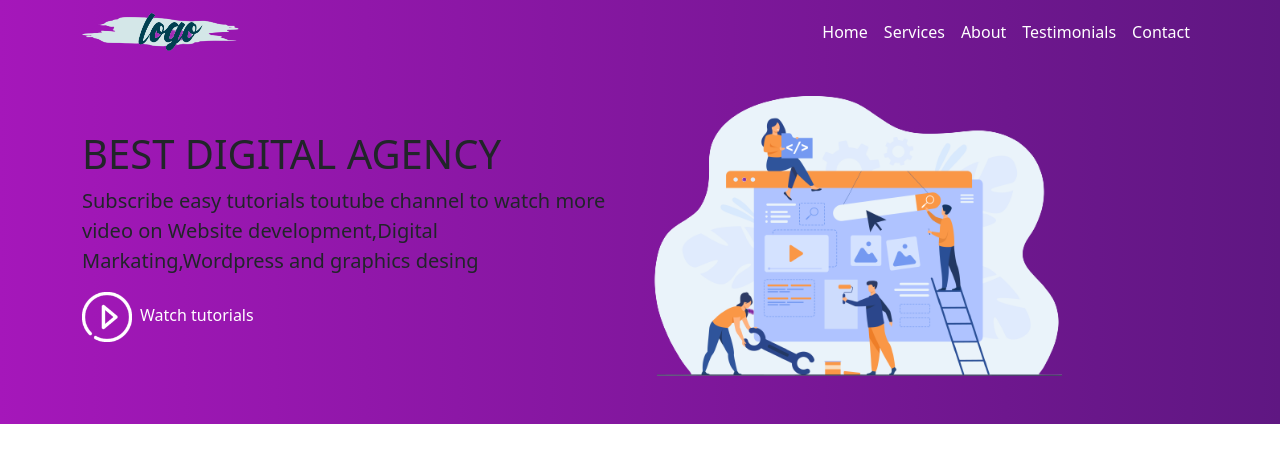
Repository: zjria/PSD-to-HTML-DIGITAL-AGENCY
Page: index.html
An editor plug-in stored every save of this project. The page is shown before and after the next save, followed by the edit.
The browser window is 1280 px wide. The pictures show the whole page.
Some web libraries are served in a nearby version.

Above is the page before, as saved 2022-05-09 09:59:14.

### index.html
<!doctype html>
<html lang="en">
  <head>
    <!-- Required meta tags -->
    <meta charset="utf-8">
    <meta name="viewport" content="width=device-width, initial-scale=1">
    <title>DIGITAL AGENCY</title>
    <!-- Bootstrap CSS -->
    <link href="https://cdn.jsdelivr.net/npm/bootstrap@5.0.2/dist/css/bootstrap.min.css" rel="stylesheet">
    <!-- Font awesome link-->
    <link rel="stylesheet" href="https://cdnjs.cloudflare.com/ajax/libs/font-awesome/6.1.1/css/all.min.css">
    <!-- custom CSS  -->
    <link rel="stylesheet" href="css/style.css">
  </head>
  <body>
    <!-- Navbar Section Start -->
    <section class="header">
        <nav class="navbar navbar-expand-md fixed-top">
            <div class="container">
                <a href="#" class="navbar-brand">
                    <img src="img/h_logo.png" alt="" class="menu-icon img-fluid w-50">
                </a>
                <button class="navbar-toggler" data-bs-target="#menunavbarlink" data-bs-toggle="collapse" type="button">
                    <span class="navbar-toggler-icon"></span>
                </button>
                <div class="collapse navbar-collapse " id="menunavbarlink">
                  <ul class="navbar-nav ms-auto ">
                    <li class="nav-item ">
                      <a href="#Home" class="nav-link text-white">Home</a>
                    </li>
                    <li class="nav-item">
                      <a href="#Services" class="nav-link text-white">Services</a>
                    </li>
                    <li class="nav-item">
                      <a href="#About" class="nav-link text-white">About</a>
                    </li>
                    <li class="nav-item">
                      <a href="#Testimonials" class="nav-link text-white" >Testimonials</a>
                    </li>
                    <li class="nav-item">
                      <a href="#Contact" class="nav-link text-white">Contact</a>
                    </li>
                  </ul>
                </div>
            </div>
        </nav>
    </section>
    <!-- Navbar Section END -->
    <!-- Navbar Section Start -->
    <div class="p-5 py-5 mt-5" id="baner">
      <div class="container">
        <div class="row align-items-center">
          <div class="col-md-6">
            <h1>BEST DIGITAL AGENCY</h1>
            <p class="lead">Subscribe easy tutorials toutube channel to watch more video on Website development,Digital Markating,Wordpress and graphics desing</p>
            <a href="#"><img src="img/play.png" class="img-fluid me-2 " alt=""><span>Watch tutorials</span></a>
          </div>
          <div class="col-md-6">
            <img src="img/heder_logo.png" class="img-fluid w-75" alt="">
          </div>
        </div>
      </div>
    </div>
    <!-- Navbar Section END -->






    <!-- Optional JavaScript; choose one of the two! -->
    <!-- Option 1: Bootstrap Bundle with Popper -->
    <script src="https://cdn.jsdelivr.net/npm/bootstrap@5.0.2/dist/js/bootstrap.bundle.min.js"></script>
  </body>
</html>

### css/style.css
.navbar{
    background-image: linear-gradient(to right, #a517ba,#5f1782)!important;
}
#baner{
    background-image: linear-gradient(to right, #a517ba,#5f1782)
}
#baner a img{
    width: 50px;
}
#baner a{
    text-decoration: none;
    color: white;
}

After the next save:
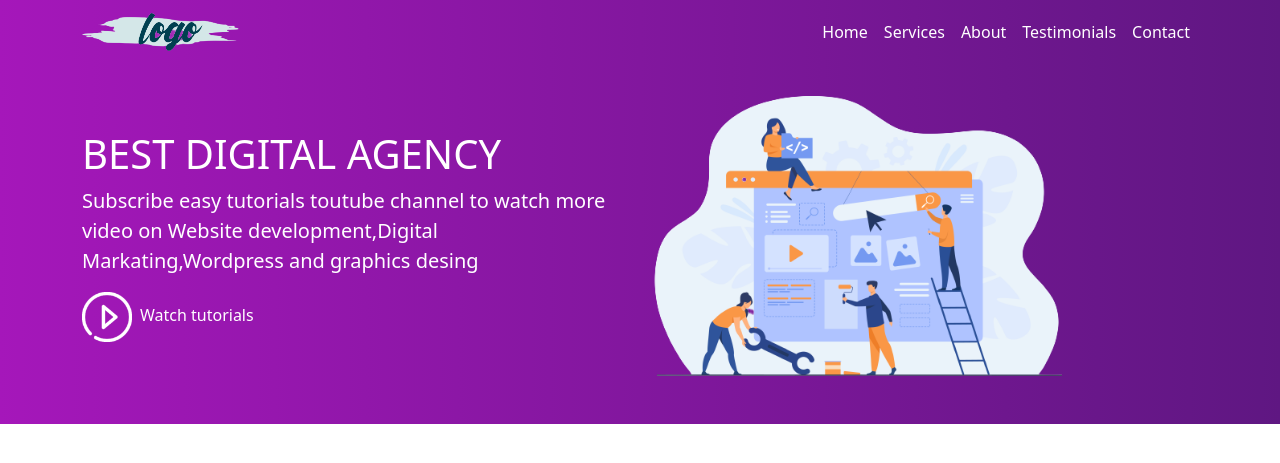
Saved 19 s later.
--- a/index.html
+++ b/index.html
@@ -49,7 +49,7 @@
     <!-- Navbar Section Start -->
     <div class="p-5 py-5 mt-5" id="baner">
       <div class="container">
-        <div class="row align-items-center">
+        <div class="row align-items-center text-white">
           <div class="col-md-6">
             <h1>BEST DIGITAL AGENCY</h1>
             <p class="lead">Subscribe easy tutorials toutube channel to watch more video on Website development,Digital Markating,Wordpress and graphics desing</p>
